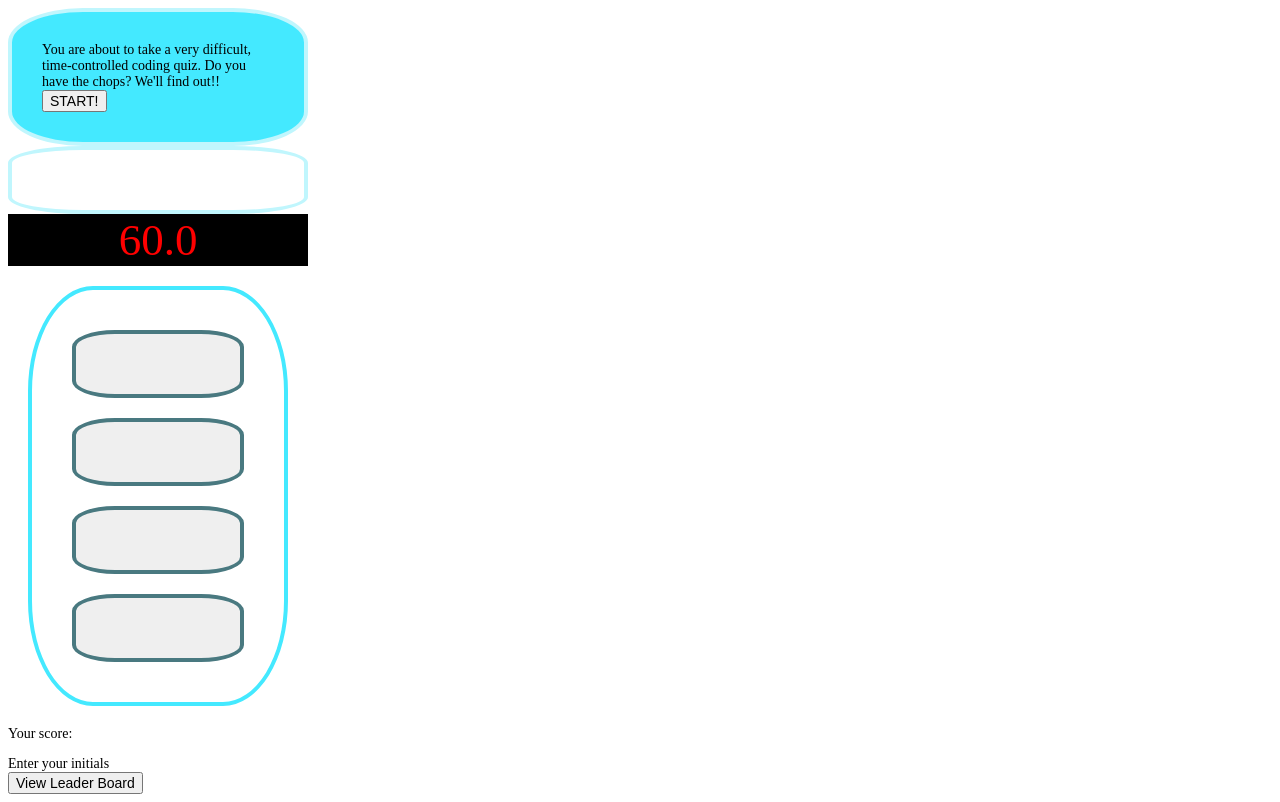
Repository: stuart-rickard/coding-quiz
Page: index.html
These files come from the project's save history. The page is drawn as it stood at one moment and after the next save; the edit follows.
The browser window is 1280 px wide. The pictures show the whole page.

Above is the page before, as saved 2021-11-23 03:42:11.

### index.html
<!DOCTYPE html>
<html lang="en">

<head>
  <meta charset="UTF-8">
  <meta name="viewport" content="width=device-width, initial-scale=1.0">
  <meta http-equiv="X-UA-Compatible" content="ie=edge">
  <title>Coding Quiz</title>
  <link rel="stylesheet" href="./assets/css/style.css">
</head>

<body>
  <main>
    <div class="start">
      You are about to take a very difficult, time-controlled coding quiz.  Do you have the chops?  We'll find out!!
      <button id="starter-button">START!</button>
    </div>
    <div class="div-question-answerform">
      <div class="question">

      </div>
      <div class="timer">
        60.0
      </div>
      <form class="answer-form">
        <button class="answer-button" id="#answer-a"></button>
        <button class="answer-button" id="#answer-b"></button>
        <button class="answer-button" id="#answer-c"></button>
        <button class="answer-button" id="#answer-d"></button>
      </form>
    </div>
    <div class="test-done">
      <p>Your score:</p>
    </div>
    <div class="leaderboard-list">

    </div>
    <form>
      Enter your initials
    </form>
    </main>
  <footer>
    <button class="leaderboard-button">View Leader Board</button>
  </footer>

  <script src="./assets/js/script.js"></script>
</body>

</html>

### assets/css/style.css
:root {
  --primary: #44e9ff;
  --secondary: #497980;
  --tertiary: rgb(192, 246, 253);
  --grey: #333;


  --regular-line-width: 4px;

  --border-radius-regular: 25%;
}

* {
    box-sizing: border-box;
    font-size: 14px;
  }

main {
    width: 300px;
}

.start {
    background-color: var(--primary);
    border: var(--regular-line-width) solid var(--tertiary);
    border-radius: var(--border-radius-regular);
    padding: 30px;
}

.div-question-answerform {
    /* display: none; */
}

.question {
    border: var(--regular-line-width) solid var(--tertiary);
    border-radius: var(--border-radius-regular);
    padding: 30px;
}

.timer {
    background-color: black;
    font-style: "Monotron";
    font-size: 45px;
    color: red;
    text-align:center;
}

.answer-form {
    margin: 20px;
    border: var(--regular-line-width) solid var(--primary);
    border-radius: var(--border-radius-regular);
    padding: 30px;
    display: flex;
    flex-direction: column;
}

.answer-button {
    border: var(--regular-line-width) solid var(--secondary);
    border-radius: var(--border-radius-regular);
    padding: 30px;
    margin: 10px;
}

### assets/js/script.js
var startButton = document.getElementById('starter-button');
const initialTime = 3.0;
var timer = initialTime;

/*
Variable for score
Variables for stopping different processes
*/



var timerCountdown = function(){
    // reduce timer variable by 0.1
    var decreaseTimerVariable = function() {
        timer = timer-0.1;
        console.log(timer);
        if (timer <= 0) {
            clearInterval(timerDecrement);
        }
    };
    // call reduction of timer variable each one tenth of a second
    var timerDecrement = setInterval(decreaseTimerVariable,100);
};

var quizProcess = function() {
    //Begin clock
    timerCountdown();
    //console.log("click worked");
}






/*
get questions / answers
randomize them
*/


//Listen for start button: start upon click
console.log("click worked here");
startButton.addEventListener("click", quizProcess);


/*
    begin asking questions
	Check the clock frequently and end game when it expires
		End game is just taking the ability to answer away
	Check answers
		If correct, add to score and show green
		If incorrect, reduce time left and show red
    bring up next question .5 seconds
When game ends
	Offer ability to record high score
		Store and retrieve high scores
	Offer "play again?"
*/

After the next save:
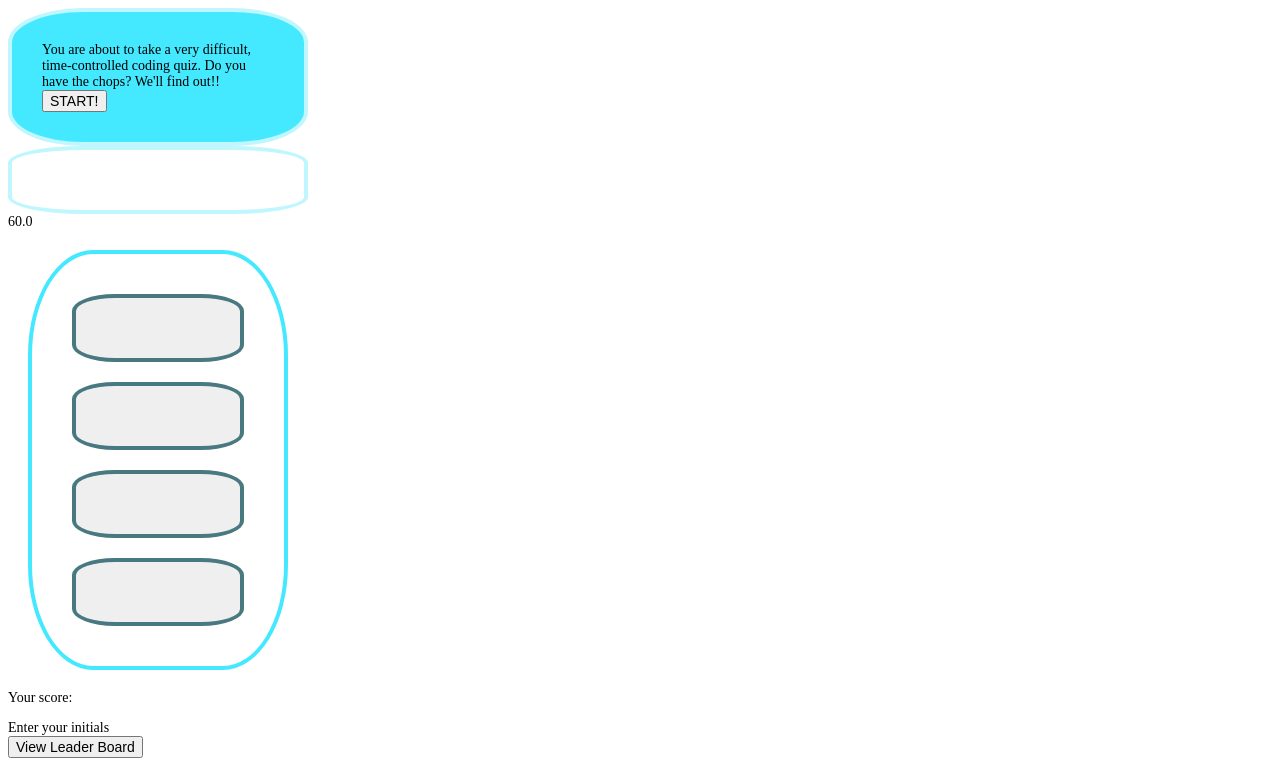
Saved 5 min 13 s later.
--- a/index.html
+++ b/index.html
@@ -19,7 +19,7 @@
       <div class="question">
 
       </div>
-      <div class="timer">
+      <div id="timer">
         60.0
       </div>
       <form class="answer-form">

After the 2 saves that followed:
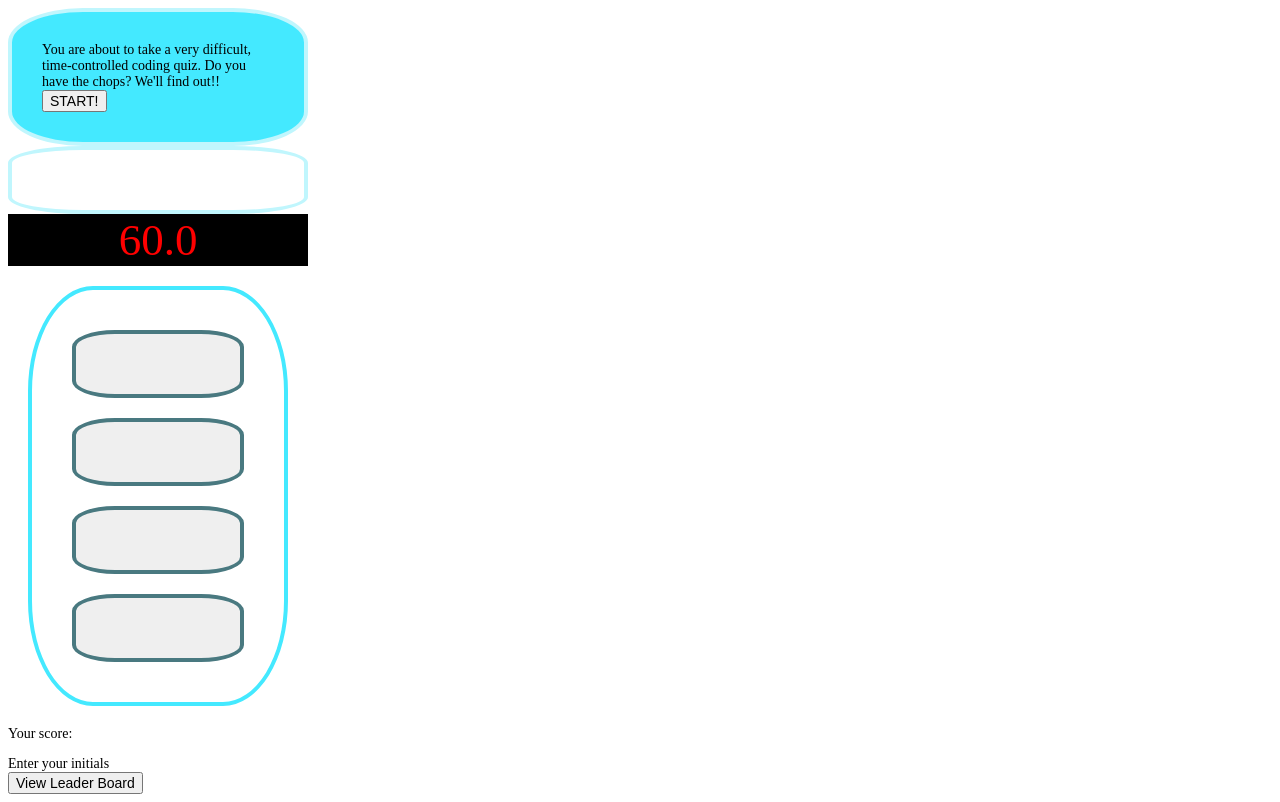
The 2 saves are shown as one change because 1 left the picture as it was.
The last was saved 8 min 21 s later.
--- a/assets/css/style.css
+++ b/assets/css/style.css
@@ -36,7 +36,7 @@
     padding: 30px;
 }
 
-.timer {
+#timer {
     background-color: black;
     font-style: "Monotron";
     font-size: 45px;
--- a/assets/js/script.js
+++ b/assets/js/script.js
@@ -1,4 +1,5 @@
 var startButton = document.getElementById('starter-button');
+var timerDisplay = document.getElementById('timer');
 const initialTime = 3.0;
 var timer = initialTime;
 
@@ -10,6 +11,7 @@
 
 
 var timerCountdown = function(){
+    debugger;
     // reduce timer variable by 0.1
     var decreaseTimerVariable = function() {
         timer = timer-0.1;
@@ -17,6 +19,7 @@
         if (timer <= 0) {
             clearInterval(timerDecrement);
         }
+        timer.innerHTML = 'test';
     };
     // call reduction of timer variable each one tenth of a second
     var timerDecrement = setInterval(decreaseTimerVariable,100);
